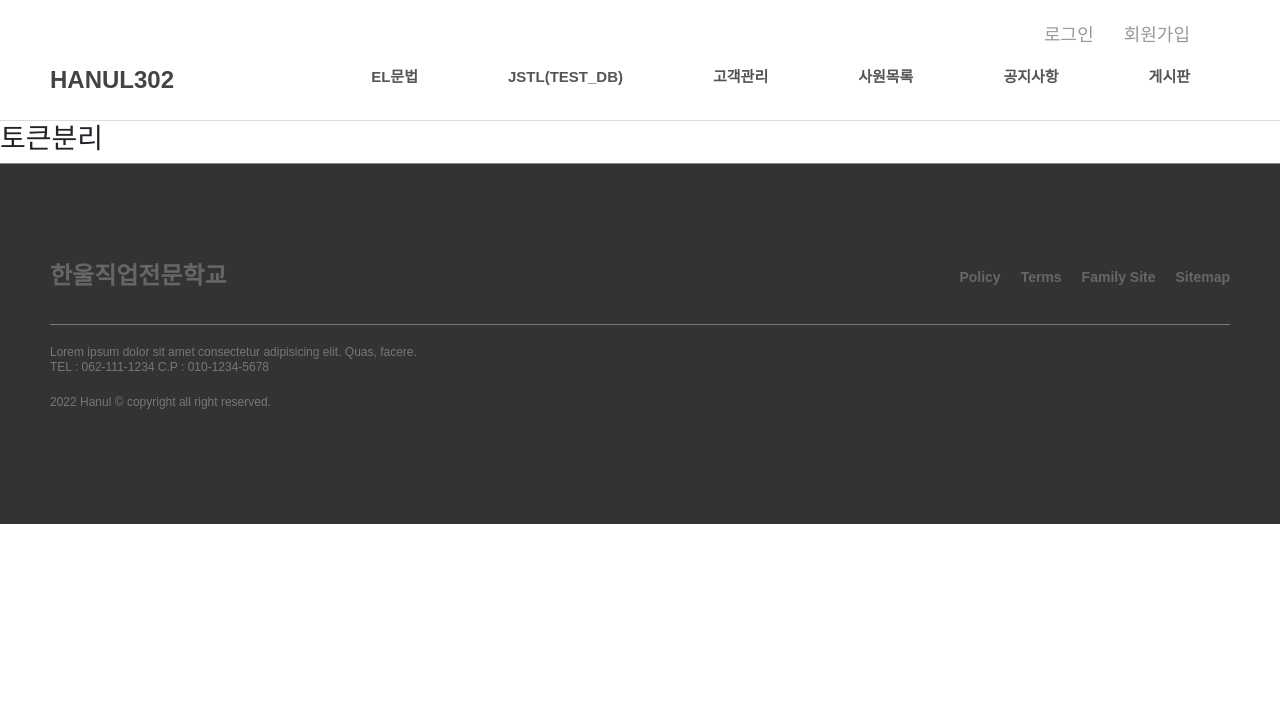
Repository: Xeyeong/servlet
Page: http://localhost/05.MiniProject/el/token.jsp
These files come from the project's save history. The page is drawn as it stood at one moment and after the next save; the edit follows.
The browser window is 1280 px wide. The pictures show the whole page.
Some web libraries are served in a nearby version. The page is served by Tomcat 9. Other server files are loaded and not shown.

Above is the page before, as saved 2022-09-22 01:32:14.

### 05.MiniProject/src/main/webapp/el/token.jsp
<%@ page language="java" contentType="text/html; charset=UTF-8"
    pageEncoding="UTF-8"%>
<!DOCTYPE html>
<html>
<head>
<meta charset="UTF-8">
<title>Insert title here</title>
</head>
<body>
<jsp:include page="/include/header.jsp"/>
	<h3>토큰분리</h3>

<jsp:include page="/include/footer.jsp"/>
</body>
</html>

### 05.MiniProject/src/main/webapp/include/header.jsp
<%@ page language="java" contentType="text/html; charset=UTF-8"
    pageEncoding="UTF-8"%>
<%@ taglib uri="http://java.sun.com/jsp/jstl/core" prefix="c" %>
<!DOCTYPE html>
<html>
<head>
<meta charset="UTF-8">
<meta http-equiv="X-UA-Compatible" content="IE=CHROME">
<meta name="viewport" content="width=device-width, initial-scale=1.0">
<title>실습용 테마</title>
<link rel="icon" href="favicon.ico" type="image/x-icon">
<script src="https://kit.fontawesome.com/c47106c6a7.js"
	crossorigin="anonymous"></script>
<link rel="stylesheet" href="<c:url value="/"/>css/style.css?<%=new java.util.Date()%>">
<link rel="stylesheet" href="<c:url value="/"/>css/common.css?<%=new java.util.Date()%>">
<script src="js/ie.js"></script>
<link
	href="https://cdn.jsdelivr.net/npm/bootstrap@5.2.0-beta1/dist/css/bootstrap.min.css"
	rel="stylesheet"
	integrity="sha384-0evHe/X+R7YkIZDRvuzKMRqM+OrBnVFBL6DOitfPri4tjfHxaWutUpFmBp4vmVor"
	crossorigin="anonymous">
<script
	src="https://cdn.jsdelivr.net/npm/bootstrap@5.2.0-beta1/dist/js/bootstrap.bundle.min.js"
	integrity="sha384-pprn3073KE6tl6bjs2QrFaJGz5/SUsLqktiwsUTF55Jfv3qYSDhgCecCxMW52nD2"
	crossorigin="anonymous"></script>
<script src="https://code.jquery.com/jquery-3.6.0.min.js"></script>
</head>
<body>
	<header>
		<div class="inner">
			<h1>
				<a href="#">HANUL302</a>
			</h1>
			<ul id="gnb">
				<li><a href="<c:url value="/"/>list.el">EL문법</a></li>
				<li><a href="<c:url value="/"/>list.te">JSTL(TEST_DB)</a></li>
				<li><a href="<c:url value="/"/>list.cu">고객관리</a></li>
				<li><a href="#">사원목록</a></li>
				<li><a href="#">공지사항</a></li>
				<li><a href="#">게시판</a></li>
			</ul>



			<ul class="util">
				<li><a href="#">로그인</a></li>
				<li><a href="#">회원가입</a></li>
			</ul>

		</div>

	</header>
</body>
</html>

### 05.MiniProject/src/main/webapp/include/footer.jsp
<%@ page language="java" contentType="text/html; charset=UTF-8"
    pageEncoding="UTF-8"%>
<footer>
		<div class="inner">
			<div class="upper">
				<h1>한울직업전문학교</h1>
				<ul>
					<li><a href="#">Policy</a></li>
					<li><a href="#">Terms</a></li>
					<li><a href="#">Family Site</a></li>
					<li><a href="#">Sitemap</a></li>
				</ul>
			</div>
			<div class="lower">
				<address>
					Lorem ipsum dolor sit amet consectetur adipisicing elit. Quas,
					facere.<br> TEL : 062-111-1234 C.P : 010-1234-5678
				</address>
				<p>2022 Hanul &copy; copyright all right reserved.</p>
			</div>
		</div>
</footer>

### 05.MiniProject/src/main/webapp/css/style.css
@charset 'utf-8';


* {
	margin: 0px;
	padding: 0px;
	box-sizing: border-box;
}
ul,
ol {
	list-style: none;
}
a {
	text-decoration: none;
}

/* header */
header {
	width: 100%;
	border-bottom: 1px solid #ddd;
}
header .inner {
	width: 1180px;
	height: 120px;
	margin: 0px auto;
	position: relative; /*자식 absolute 요소의 기준점 설정*/
}
header .inner h1 {
	position: absolute;
	left: 0px;
	bottom: 15px;
}
header .inner h1 a {
	font: bold 24px/1 "arial";
	color: #444;
}
header .inner .util {
	position: absolute;
	top: 20px;
	right: 30px;
}
header .inner .util li {
	float: left;
}
header .inner .util li a {
	display: block;
	font: 18px "arial";
	color: #999;
	padding: 0px 10px;
}
header .inner #gnb {
	position: absolute;
	bottom: 0px;
	right: 0px;
}
header .inner #gnb li {
	float: left;
}
header .inner #gnb li a {
	display: block; /*인라인 요소는 block설정하여 크기를 조절가능*/
	font: bold 15px/1 "arial";
	color: #555;
	padding: 20px 40px;
	transition: all 0.5s;
}
header .inner #gnb li a:hover {
	background: #555;
	color: #fff;
}
figure {
	width: 100%;
	height: calc(100vh - 120px); /*전체 브라우저 높이에서 120px만큼 빼줌*/
	background: #000;
	position: relative;
	overflow: hidden;
	padding-top: 250px;
}
figure video {
	object-fit: cover; /*영상을 figure안쪽에 꽉 차도록 설정*/
	width: 100%;
	height: 100%;
	opacity: 0.3;
	position: absolute;
	top: 0px;
	left: 0px;
}
figure .inner {
	width: 1180px;
	margin: 0px auto;
	position: relative;
}
figure .inner h1 {
	font: normal 120px/1 "arial";
	color: #fff;
	margin-bottom: 20px;
}
figure .inner p {
	font: 16px/1.4 "arial";
	color: #888;
	margin-bottom: 60px;
}
figure .inner a {
	display: block;
	width: 400px;
	height: 30px;
	border: 1px solid #bbb;
	font: bold 11px/30px "arial";
	color: #fff;
	text-align: center;
	letter-spacing: 1px;
	transition: all 0.5s;
}
figure .inner a:hover {
	background: #fff;
	color: #555;
}
/* news */
section {
	width: 100%;
	padding: 200px 0px;
}
section .inner {
	width: 1180px;
	margin: 0px auto;
}
section .inner h1 {
	font: bold 24px/1 "arial";
	color: #555;
	text-align: center;
	margin-bottom: 50px;
}
section .inner .wrap {
	width: 100%;
}
section .inner .wrap::after {
	/*자식 요소인 article의 float해제*/
	content: "";
	display: block;
	clear: both;
}
section .inner .wrap article {
	width: 32%;
	float: left;
	margin-right: 20px;
}
section .inner .wrap article:last-child {
	/*제일 오른쪽 마지막 요소만 여백제거*/
	margin-right: 0px;
}
section .inner .wrap article h2 {
	margin-bottom: 10px;
}
section .inner .wrap article h2 a {
	font: bold 16px/1 "arial";
	color: #555;
}
section .inner .wrap article p {
	font: 14px/1.4 "arial";
	color: #777;
}
section .inner .wrap article .pic {
	width: 100%;
	height: 120px;
	background: #333;
	margin-bottom: 15px;
	position: relative;
	overflow: hidden;
}
section .inner .wrap article .pic img {
	object-fit: cover; /*pic프레임안에 이미지 꽉 채움*/
	width: 100%;
	height: 100%;
}
/* footer */
footer {
	width: 100%;
	background: #333;
	padding: 100px 0px;
	border-top: 1px solid #888;
}
footer .inner {
	width: 1180px;
	margin: 0px auto;
}
footer .inner .upper {
	width: 100%;
	border-bottom: 1px solid #777;
	padding-bottom: 20px;
}
footer .inner .upper::after {
	/*상단 영역 float해제*/
	content: "";
	display: block;
	clear: both;
}
footer .inner .upper h1 {
	float: left;
	font: bold 24px/1 "arial";
	color: #666;
}
footer .inner .upper ul {
	float: right;
}
footer .inner .upper ul li {
	float: left;
	margin-left: 20px;
}
footer .inner .upper ul li a {
	font: bold 14px/1 "arial";
	color: #666;
}
footer .inner .lower {
	width: 100%;
	padding-top: 20px;
}
footer .inner .lower address {
	width: 100%;
	font: 12px/1.3 "arial";
	color: #777;
	margin-bottom: 20px;
}
footer .inner .lower p {
	width: 100%;
	font: 12px/1 "arial";
	color: #777;
}

.styled-table {
	width: 80%;
    border-collapse: collapse;
    margin: 2% 10% 2% 10% ;
    font-size: 0.9em;
    font-family: sans-serif;
    min-width: 400px;
    box-shadow: 0 0 20px rgba(0, 0, 0, 0.15);

}

.styled-table thead tr {
    background-color: #009879;
    color: #ffffff;
    text-align: left;
}
table th{
	background-color: #6d6b6b!important;  color : #fff;
}
.styled-table th,
.styled-table td {
    padding: 12px 15px;
}

.styled-table tbody tr {
    border-bottom: 1px solid #dddddd;
}

.styled-table tbody tr:nth-of-type(even) {
    background-color: #f3f3f3;
}

.styled-table tbody tr:last-of-type {
    border-bottom: 2px solid #009879;
}

.styled-table tbody tr.active-row {
    font-weight: bold;
    color: #009879;
}



.styled-table {
	width: 80%;
    border-collapse: collapse;
    margin: 2% 10% 2% 10%;
    font-size: 0.9em;
    font-family: sans-serif;
    min-width: 400px;
    box-shadow: 0 0 20px rgba(0, 0, 0, 0.15);
}

.styled-table thead tr {
    background-color: #009879;
    color: #ffffff;
    text-align: left;
}

.styled-table th,
.styled-table td {
    padding: 12px 15px;
}

.styled-table tbody tr {
    border-bottom: 1px solid #dddddd;
}

.styled-table tbody tr:nth-of-type(even) {
    background-color: #f3f3f3;
}

.styled-table tbody tr:last-of-type {
    border-bottom: 2px solid #009879;
}

.styled-table tbody tr.active-row {
    font-weight: bold;
    color: #009879;
}
.list-top{
	width: 80%;
	margin: 2% 10%;
}
input[ type=button ] {
	padding : 2px 10px
}

input[ type=submit ]{
	padding: 2px 10px
}
label:not(:last-child) {
	margin-right: 30px
}

### 05.MiniProject/src/main/webapp/css/common.css
@charset "UTF-8";

ul {
	list-style-type: none;
	align-items: center;
	padding: 0;
}

.center {
	position: absolute;
	left: 50%;
	top: calc(120px + 50%);
	transform: translate(-50%, -50%);
}

.list-top {
	display: flex;
	justify-content: space-between;
}

.list-top ul {
	display: flex;
}

table.tb-list th, table.tb-list td {
	border: 1px solid #b0b0b0;
}

.list-top {
	width: 80%;
	margin: 2% 10%
}

input[type=button], input[type=submit] {
	padding: 2px 10px
}

table th {
	background-color: #009879 !important;
	color: #fff;
}

label:not(:last-child) {
	margin-right: 30px
}

.btnSet {
	margin: 20px auto;
	width: 80%;
}

.btnSet a:not(:last-child) {
	margin-right: 5px
}

a {
	text-decoration: none !important;
}

a.btn-fill, a.btn-empty {
	height: 28px;
	padding: 3px 15px;
	border: 1px solid #009879;
	border-radius: 3px;
}

a.btn-fill {
	background-color: #009879;
	color: #fff;
}

a.btn-empty {
	color: #009879;
}

input {
	padding: 0 10px;
}

input:focus {
	outline: none !important;
	border-color: #009879;
}

.tb-wrap {
	overflow: auto;
	margin: 20px auto;
	height: 500px;
	width: 80%;
}

.tb-wrap table {
	width: 100%;
	margin: 0;
}

header ul li:not(:first-child) {
	margin-left: 10px
}

.valid {
	color: green;
	font-size: 14px;
	font-weight: bold;
}

.invalid {
	color: red;
	font-size: 14px;
	font-weight: bold;
}

.font {
	font-size: 18px;
}

#delete {
	display: none;
}

.w-px40 {
	width: 40px
}

.w-px60 {
	width: 60px
}

.w-px80 {
	width: 80px
}

.w-px100 {
	width: 100px
}

.w-px120 {
	width: 120px
}

.w-px140 {
	width: 140px
}

.w-px160 {
	width: 160px
}

.w-px180 {
	width: 180px
}

.w-px200 {
	width: 200px
}

.w-px220 {
	width: 220px
}

.w-px250 {
	width: 250px
}

.w-px300 {
	width: 300px
}

Loaded but not shown: 05.MiniProject/src/main/webapp/js/ie.js (common file)

After the next save:
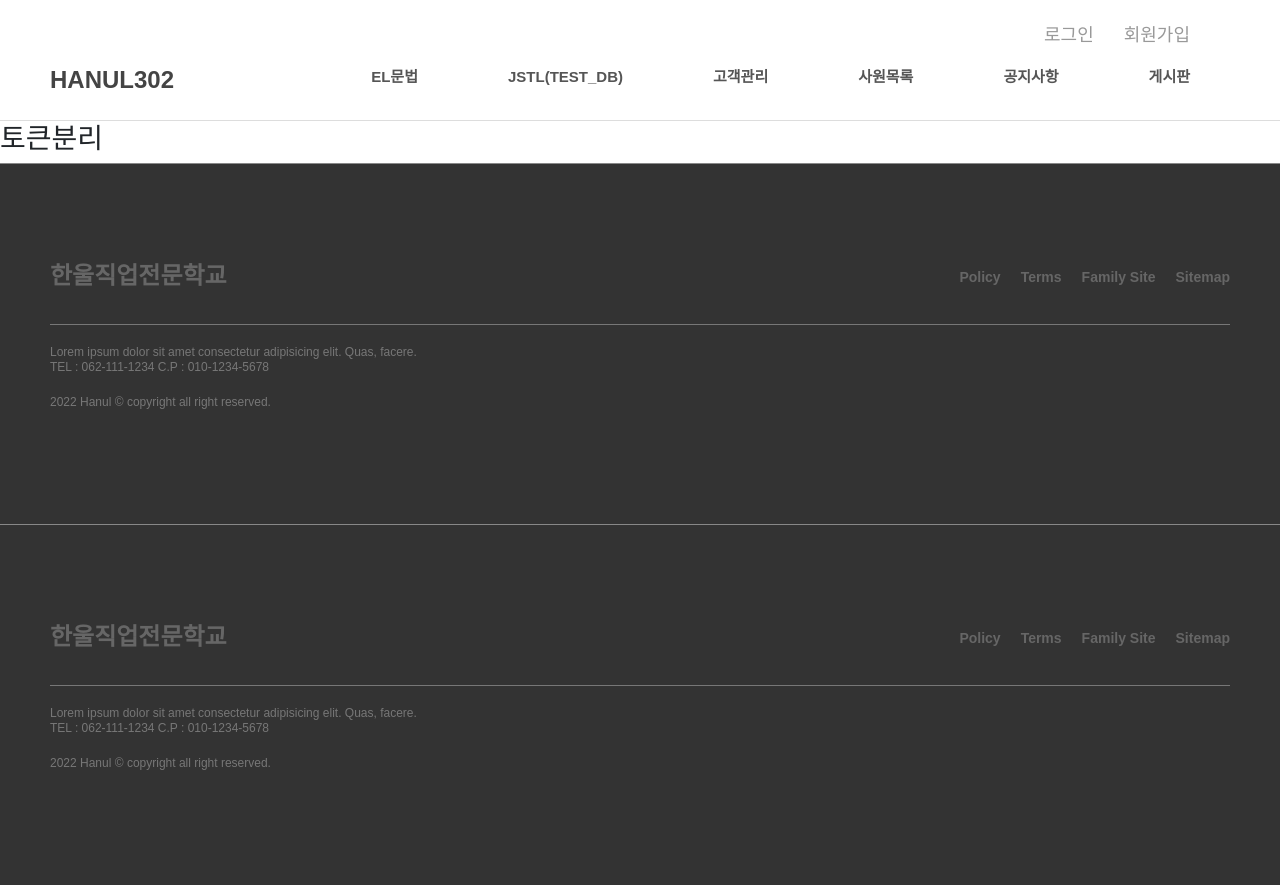
Saved 20 s later.
--- a/05.MiniProject/src/main/webapp/el/token.jsp
+++ b/05.MiniProject/src/main/webapp/el/token.jsp
@@ -9,7 +9,7 @@
 <body>
 <jsp:include page="/include/header.jsp"/>
 	<h3>토큰분리</h3>
-
+<%@ include file="/include/footer.jsp" %>
 <jsp:include page="/include/footer.jsp"/>
 </body>
 </html>

After the save that followed:
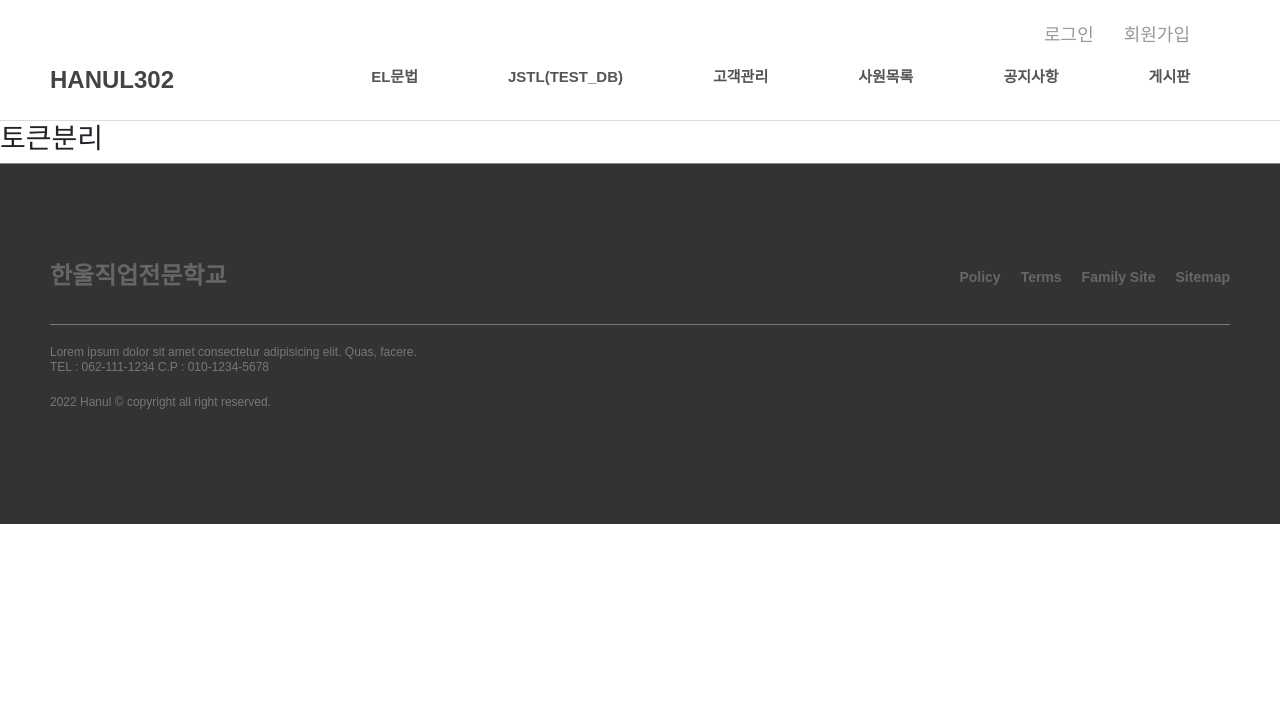
Saved 10 s later.
--- a/05.MiniProject/src/main/webapp/el/token.jsp
+++ b/05.MiniProject/src/main/webapp/el/token.jsp
@@ -9,7 +9,7 @@
 <body>
 <jsp:include page="/include/header.jsp"/>
 	<h3>토큰분리</h3>
-<%@ include file="/include/footer.jsp" %>
+<!--  <%@ include file="/include/footer.jsp" %> -->
 <jsp:include page="/include/footer.jsp"/>
 </body>
 </html>
